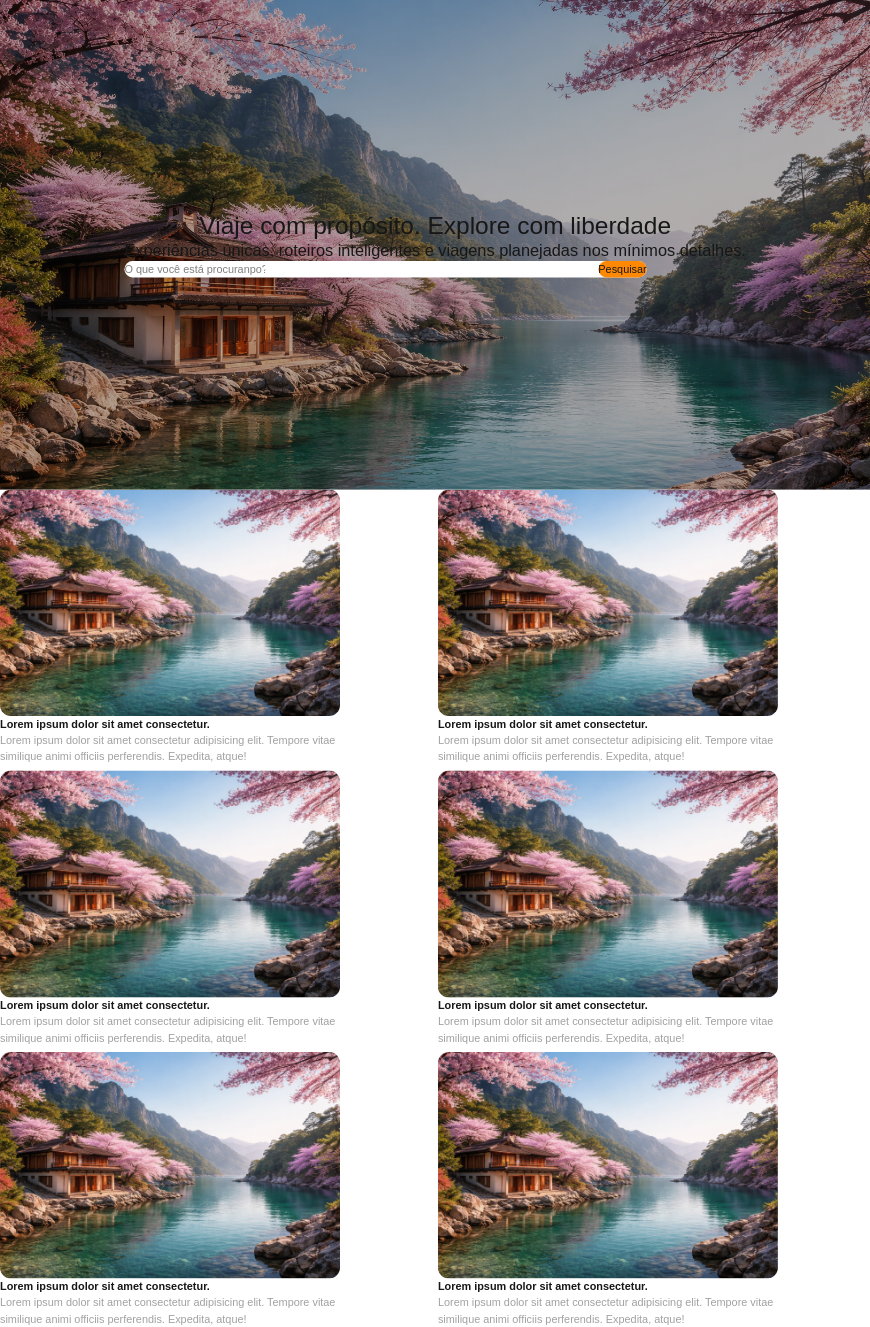
Repository: pedroantoniosi/tripicon-site
Page: /home
These files come from the project's save history. The page is drawn as it stood at one moment and after the next save; the edit follows.
The browser window is 1280 px wide. The pictures show the whole page, at 68% of full size.
The project was rebuilt for these pictures with package versions that can differ from the ones it lists, and the page was loaded fresh each time. The framework's server and built-in components were replaced by stand-ins that run in the browser. Also part of the build but not shown: next.config.ts.

Above is the page before, as saved 2026-04-02 20:33:16.

### src/app/layout.tsx
import type { Metadata } from "next";
import { Geist, Geist_Mono } from "next/font/google";
import "./globals.css";

const geistSans = Geist({
  variable: "--font-geist-sans",
  subsets: ["latin"],
});

const geistMono = Geist_Mono({
  variable: "--font-geist-mono",
  subsets: ["latin"],
});

export const metadata: Metadata = {
  title: "Create Next App",
  description: "Generated by create next app",
};

export default function RootLayout({
  children,
}: Readonly<{
  children: React.ReactNode;
}>) {
  return (
    <html
      lang="en"
      className={`${geistSans.variable} ${geistMono.variable} h-full antialiased`}
    >
      <body className="min-h-full flex flex-col">{children}</body>
    </html>
  );
}

### src/app/home/page.tsx
"use client";
import styles from "./page.module.css";
import Searchbar from "@/components/searchbar/searchbar";
import Container from "@/components/Container/Container";
import Image from "next/image";
import Slider from "@/components/Slider/Slider";

const trips = [
  { title: "", image: "/images/banner.png" },
  { title: "", image: "/images/banner.png" },
  { title: "", image: "/images/banner.png" },
];

const reviews = [
  {
    name: "Mariana Souza",
    text: "Viajar para Kyoto sempre foi um sonho, mas eu não fazia ideia de por onde começar. A plataforma montou tudo pra mim e a experiência foi simplesmente perfeita.",
    stars: 5,
  },
  {
    name: "Lucas Ferreira",
    text: "Fiquei impressionado com a organização. Desde Tokyo até Osaka, tudo foi muito bem planejado. Zero dor de cabeça.",
    stars: 5,
  },
  {
    name: "Camila Ribeiro",
    text: "Eu queria uma viagem mais cultural e menos turística, e eles acertaram exatamente no que eu buscava. Kyoto foi o ponto alto da viagem.",
    stars: 5,
  },
  {
    name: "Rafael Martins",
    text: "Foi minha primeira viagem internacional e eu estava inseguro. O suporte foi excelente do começo ao fim, principalmente durante a estadia em Tokyo.",
    stars: 5,
  },
  {
    name: "Juliana Costa",
    text: "Consegui montar um roteiro completo em poucos minutos. A experiência no Monte Fuji foi inesquecível. Recomendo muito.",
    stars: 5,
  },
];

export default function Home() {
  return (
    <>
      {/* Sessão Inicial  Principal */}
      <section className={styles.heroContainer}>
        <div className={`${styles.heroCaption} col gap-2`}>
          <h1 className="text-4xl  text-center">
            {" "}
            Viaje com propósito. Explore com liberdade
          </h1>
          <p className="text-md lg:text-2xl text-center m-[12]">
            Experiências únicas, roteiros inteligentes e viagens planejadas nos
            mínimos detalhes.
          </p>
          <Searchbar />
        </div>
      </section>

      <Container>
        <section
          className={`${styles.featuresContainer} grid grid-cols-2 gap-2 ld:grid-cols-3`}
        >
          {Array.from({ length: 6 }).map((_, index) => (
            <div key={index} className={`${styles.card}`}>
              <Image
                className="rounded-2xl"
                src="/images/banner.png"
                alt="Banner"
                width={500}
                height={300}
              />
              <div className={`${styles.caption} p-2`}>
                <h2 className="font-bold font">
                  Lorem ipsum dolor sit amet consectetur.
                </h2>
                <p className={`${styles.text} text-neutral-400 max-w-[500px]`}>
                  Lorem ipsum dolor sit amet consectetur adipisicing elit.
                  Tempore vitae similique animi officiis perferendis. Expedita,
                  atque!
                </p>
              </div>
            </div>
          ))}
        </section>
      </Container>
    </>
  );
}

### src/app/globals.css
@import "tailwindcss";
@import "bootstrap-icons/font/bootstrap-icons.css";

* {
  padding: 0;
  margin: 0;
  box-sizing: border-box;
}

:root {
  --background: #ffffff;
  --foreground: #171717;
  --primaryColor: #
}

@media (prefers-color-scheme: dark) {
  :root {
    --background: #0a0a0a;
    --foreground: #ededed;
  }
}

body {
  background: var(--background);
  color: var(--foreground);
  font-family: Arial, Helvetica, sans-serif;
}

### src/app/home/page.module.css
.heroContainer {
    padding: 1rem;
    position: relative;
    display: grid;
    place-items: center;
    z-index: 1;
    min-height: 70svh;

    &::after {
        content: ' ';
        position: absolute;
        width: 100%;
        height: 100%;
        left: 0;
        bottom: 0;
        background-image: url('/images/banner.png');
        background-size: cover;
        z-index: -1;
        filter: brightness(70%);
    }

    & .heroTitle {
        max-width: 1024px;
        text-align: center;
    }
}


@media (min-width: 1024px) {
    .heroContainer {
        padding: 2rem;
        min-height: 100vh;
    }

    .heroContainer .heroTitle {
        max-width: 1200px;
    }
}

@media (max-width: 768px) {
    .featuresContainer {


        & .card {
            position: relative;

            & .caption {
                width: 100%;
                position: absolute;
                bottom: 0;
                z-index: 1;

                & .text {
                    display: none;
                }
            }
        }
    }

}

### src/components/searchbar/searchbar.tsx
export default function searchbar() {
  return (
    <>
      <div className="p-[.5rem] bg-white rounded-full flex justify-between m-auto max-w-[768px]">
        <input
          className="p-1 text-black outline-none border-none"
          type="text"
          placeholder="O que você está procuranpo?"
        />
        <button className="bg-orange-400 px-2 rounded-full">Pesquisar</button>
      </div>
    </>
  );
}

### src/components/Container/Container.tsx
import React from "react";

type ContainerProps = {
  children?: React.ReactNode;
};

export default function Container({ children }: ContainerProps) {
  return <div className="p-2 max-w-[1640px] m-auto">{children}</div>;
}

After the next save:
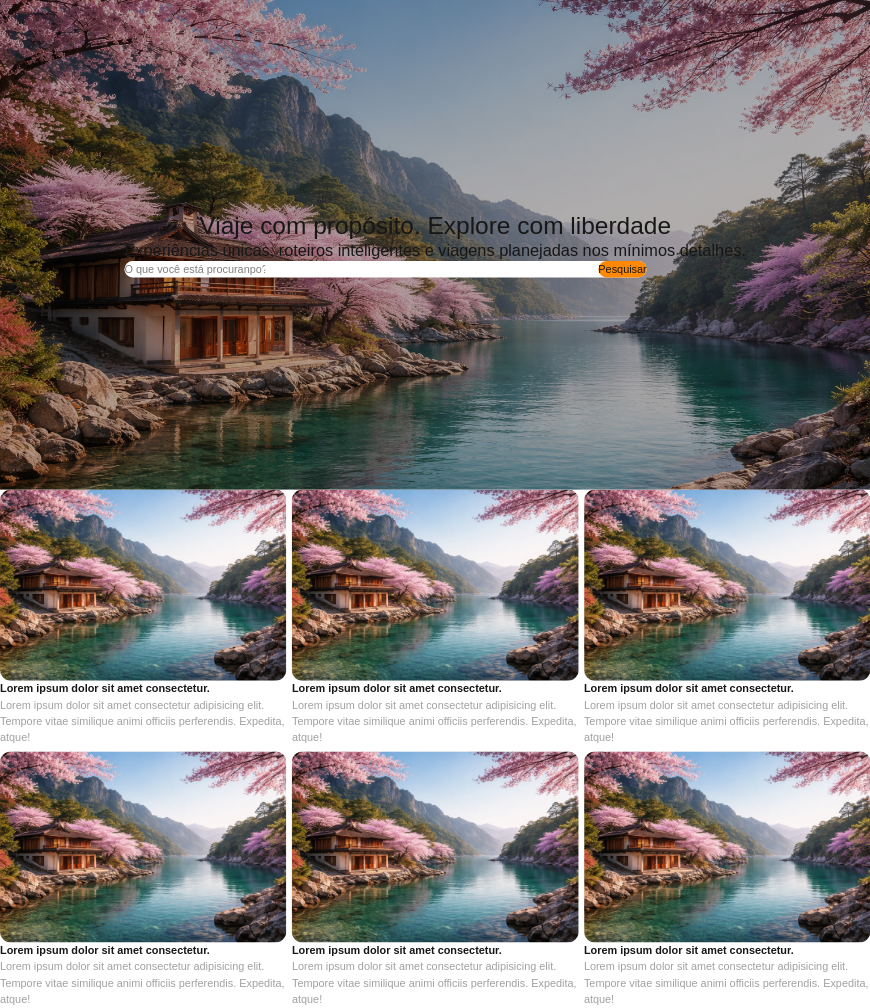
Saved 10 s later.
--- a/src/app/home/page.tsx
+++ b/src/app/home/page.tsx
@@ -59,7 +59,7 @@ export default function Home() {
 
       <Container>
         <section
-          className={`${styles.featuresContainer} grid grid-cols-2 gap-2 ld:grid-cols-3`}
+          className={`${styles.featuresContainer} grid grid-cols-2 gap-2 lg:grid-cols-3`}
         >
           {Array.from({ length: 6 }).map((_, index) => (
             <div key={index} className={`${styles.card}`}>
